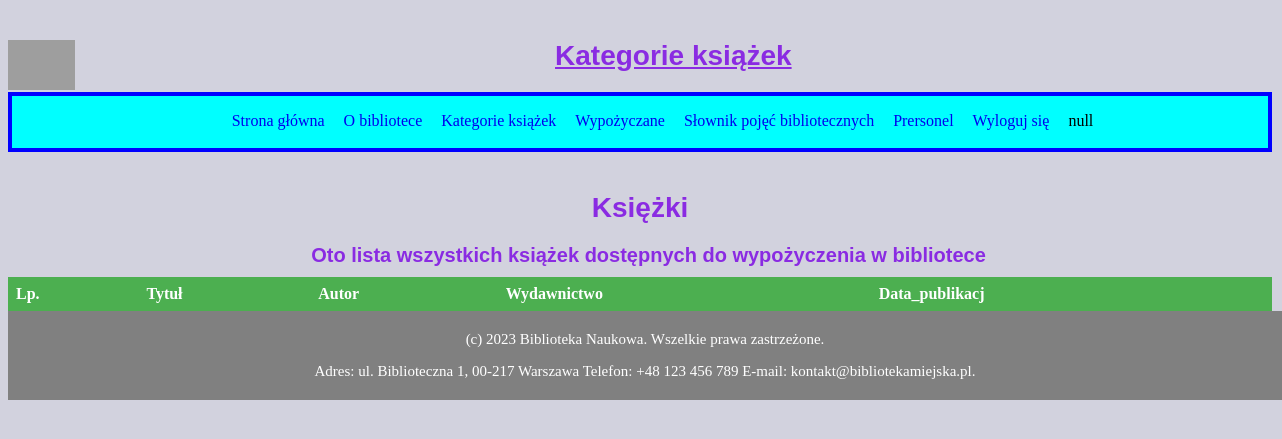
Repository: Dominik098/projekt
Page: http://localhost/biblioteka/C_Kategorie książek.jsp
The author's editor kept a copy of each file at every save. The page is drawn from the files as they stood at one save, then again after the next save.
The browser window is 1280 px wide. The page is 1282 px wide, so the pictures cover 1282 px, including what lies to the right of the window. The pictures show the whole page.
Pictures or frames that could not be fetched are drawn as grey boxes. The page is served by Tomcat 9. Queries for data that is not in the repository find no rows.

Above is the page before, as saved 2023-04-15 13:06:24.

After the next save:
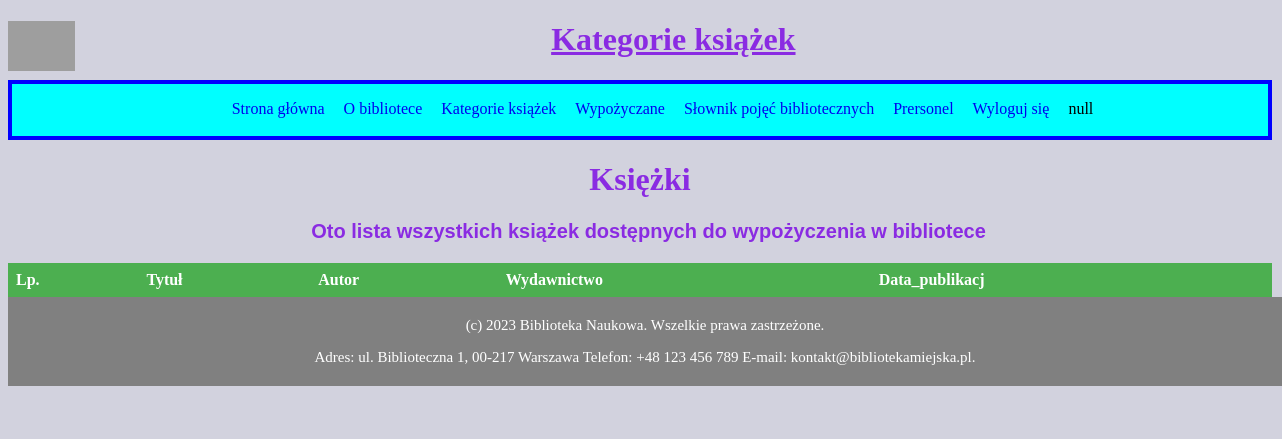
Saved 2 min 39 s later.
--- a/java projekt/biblioteka/src/main/webapp/C_Kategorie książek.jsp
+++ b/java projekt/biblioteka/src/main/webapp/C_Kategorie książek.jsp
@@ -20,40 +20,7 @@
 
 
     <style>
-    table {
-        background-color: #f9f9f9;
-        border-collapse: collapse;
-        width: 100%;
-    }
 
-    th, td {
-        text-align: left;
-        padding: 8px;
-    }
-
-    th {
-        background-color: #4CAF50;
-        color: white;
-    }
-
-    h1 {
-        font-family: Arial, Helvetica, sans-serif;
-        font-size: 28px;
-        font-weight: bold;
-        margin-top: 40px;
-        margin-bottom: 20px;
-    }
-
-    h3 {
-        font-family: Arial, Helvetica, sans-serif;
-        font-size: 20px;
-        margin-top: 20px;
-        margin-bottom: 10px;
-    }
-
-    tr:hover {
-  border-bottom: 2px solid red;
-}
 </style>
 
 
